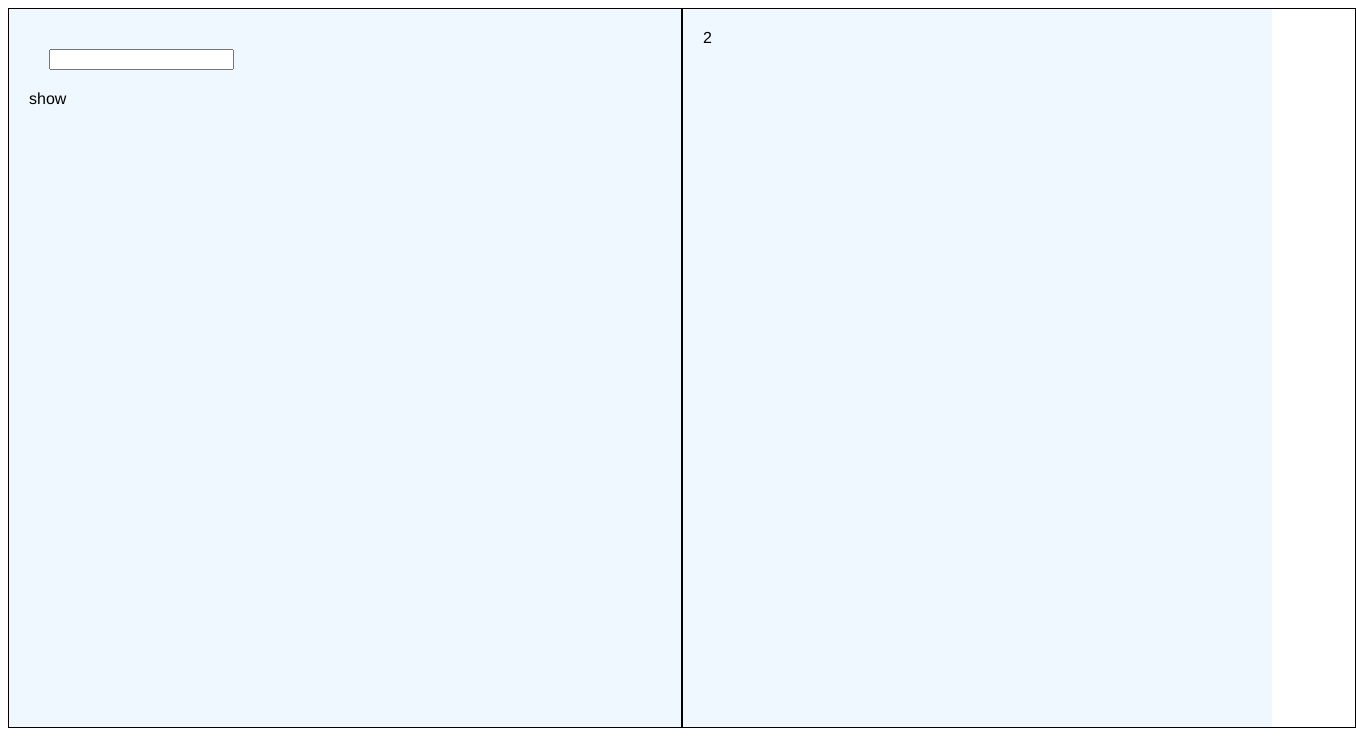
Repository: andrii1/react-gifs
Page: /
The author's editor kept a copy of each file at every save. The page is drawn from the files as they stood at one save, then again after the next save.
The browser window is 1280 px wide. The page is 1356 px wide, so the pictures cover 1356 px, including what lies to the right of the window. The pictures show the whole page.
The project was rebuilt for these pictures with package versions that can differ from the ones it lists, and the page was loaded fresh each time. Also part of the build but not shown: webpack.config.js.

Above is the page before, as saved 2022-02-11 15:34:19.

After the next save:
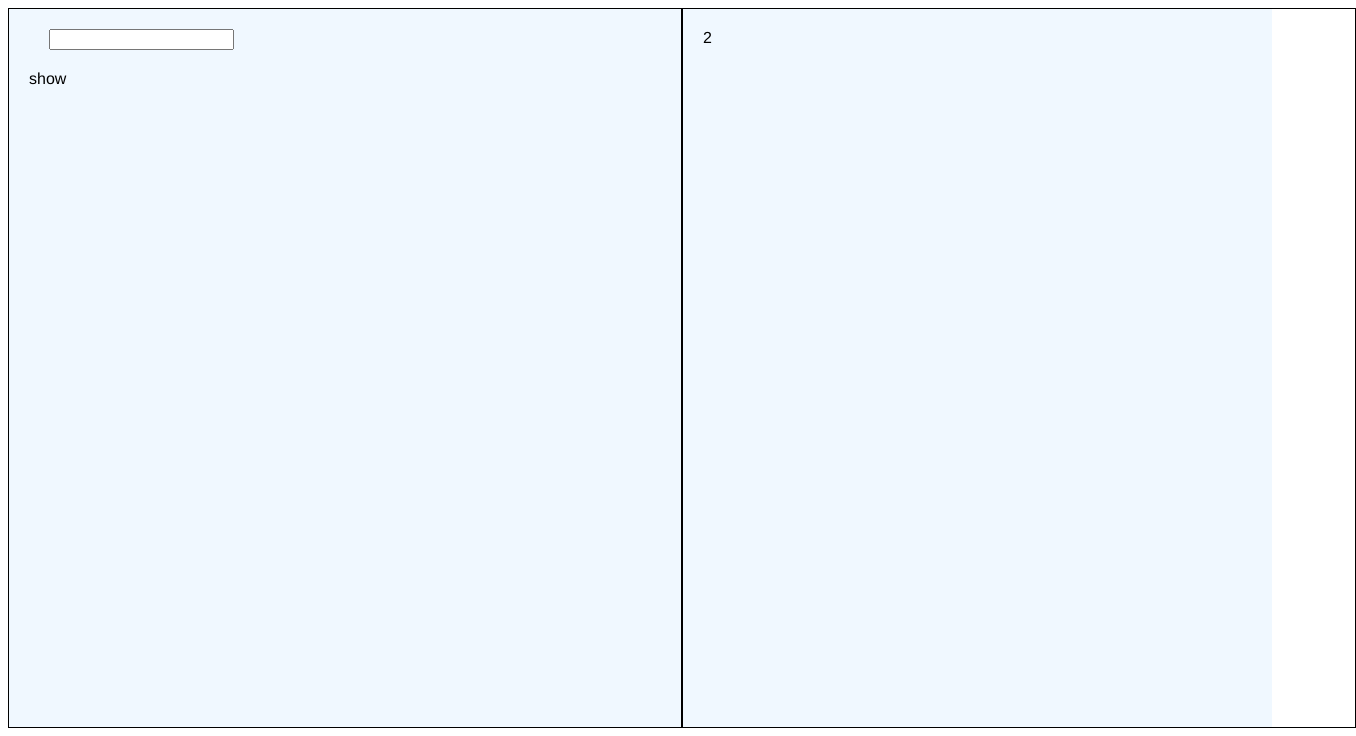
Saved 13 s later.
--- a/assets/stylesheets/application.scss
+++ b/assets/stylesheets/application.scss
@@ -33,5 +33,5 @@ body {
 }
 
 .search {
-  padding: 20px 20px 20px 20px;
+  padding:0 20px 20px 20px;
 }
